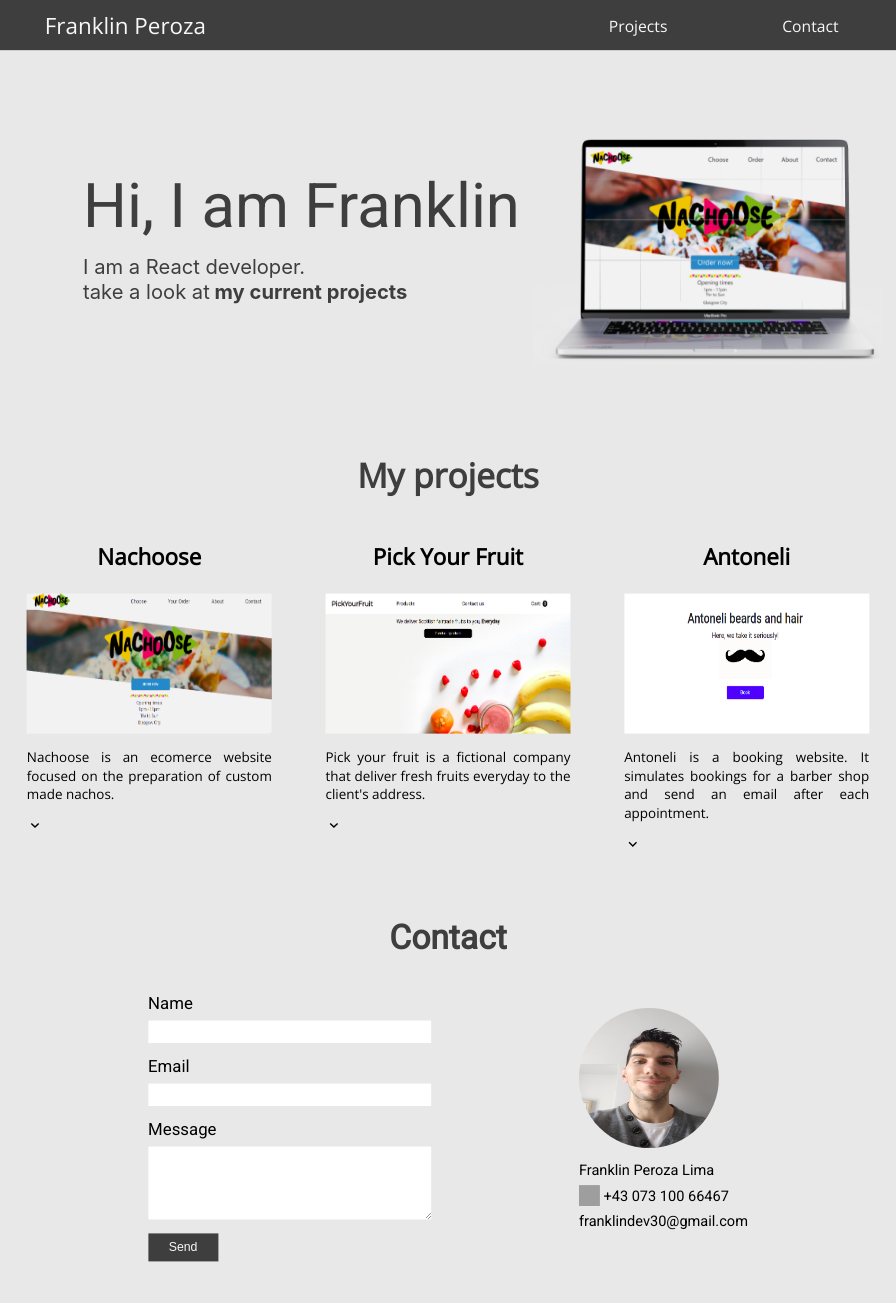
Repository: franklinpl/portfolio
Page: /
The author's editor kept a copy of each file at every save. The page is drawn from the files as they stood at one save, then again after the next save.
The browser window is 1280 px wide. The pictures show the whole page, at 70% of full size.
Pictures or frames that could not be fetched are drawn as grey boxes. The project was rebuilt for these pictures with package versions that can differ from the ones it lists, and the page was loaded fresh each time.

Above is the page before, as saved 2022-09-26 22:11:37.

### public/index.html
<!DOCTYPE html>
<html lang="en">
  <head>
    <meta charset="utf-8" />
    <link rel="icon" href="%PUBLIC_URL%/favicon.ico" />
    <meta name="viewport" content="width=device-width, initial-scale=1" />
    <link rel="preconnect" href="https://fonts.googleapis.com">
<link rel="preconnect" href="https://fonts.gstatic.com" crossorigin>
<link href="https://fonts.googleapis.com/css2?family=Open+Sans&family=Roboto&family=Ubuntu:ital@1&display=swap" rel="stylesheet">
<link href="https://fonts.googleapis.com/icon?family=Material+Icons"
      rel="stylesheet">
    <meta name="theme-color" content="#000000" />
    <meta
      name="description"
      content="Web site created using create-react-app"
    />
    <link rel="apple-touch-icon" href="%PUBLIC_URL%/logo192.png" />
    <link rel="preconnect" href="https://fonts.gstatic.com">
    <link rel="preconnect" href="https://fonts.gstatic.com">
    <link href="https://fonts.googleapis.com/css2?family=Montserrat&family=Open+Sans&display=swap" rel="stylesheet">
    <link rel="manifest" href="%PUBLIC_URL%/manifest.json" />
    <link rel="preconnect" href="https://fonts.gstatic.com">
<link href="https://fonts.googleapis.com/css2?family=Libre+Baskerville&family=Source+Sans+Pro&display=swap" rel="stylesheet">

    <title>Franklin's portfolio</title>
  </head>
  <body>
    <noscript>You need to enable JavaScript to run this app.</noscript>
    <div id="root"></div>
    <!--
      This HTML file is a template.
      If you open it directly in the browser, you will see an empty page.

      You can add webfonts, meta tags, or analytics to this file.
      The build step will place the bundled scripts into the <body> tag.

      To begin the development, run `npm start` or `yarn start`.
      To create a production bundle, use `npm run build` or `yarn build`.
    -->
  </body>
</html>

### src/index.js
import React from 'react';
import ReactDOM from 'react-dom';
import './index.css';
import App from './App';
import reportWebVitals from './reportWebVitals';

ReactDOM.render(
    <React.StrictMode>
      <App />
    </React.StrictMode>
  ,
  document.getElementById('root')
);

reportWebVitals();

### src/App.js
import './App.css';

//components
import Homepage from './components/Homepage'
import Navbar from './components/Navbar'
import Projects from './components/Projects'
import Contact from './components/Contact'

function App() {
  return (
    <div className="App">
      <Navbar/>
      <Homepage/>
      <Projects/>
      <Contact/>
    </div>
  );
}

export default App;

### src/App.css
html{
    scroll-behavior: smooth;
}

.App{
    background-color: #e8e8e8;
    width:1300px;
    max-width:100%;
    height:auto
}

### src/components/Homepage.js
import './Homepage.css'
import pcPicture from '../pictures/pc-picture.png'

function Homepage(){

    return(
        <div className='homepage'>
            <div className='homepage-words'>
                <h1>Hi, I am Franklin</h1>
                <p style={{marginTop:-40}}>I am a React developer.</p>
                <p>take a look at
                    <a id='link' href='#my-projects'> my current projects</a>
                </p>
            </div>
            <div className='homepage-mockup'>
                <img src={pcPicture} alt='computer with nachoose project' id='mockup'/>
            </div>
            {/* <img id='franklin-picture' src={picture} alt='The developer'/> */}
        </div>
    )
}

export default Homepage

### src/components/Navbar.js
import './Navbar.css'

function Navbar(){
    return(
        <div className='navbar'>

            <div className='navbar-logo'>
                <h1 id='navbar-logo'>Franklin Peroza</h1>
            </div>

            <div className='navbar-components'>
                <a href='#my-projects'>
                    <p id='navbar-projects'>Projects</p>
                </a>
                <a href='#contact'>
                    <p id='navbar-contact'>Contact</p>
                </a>
            </div>

        </div>
    )
}

export default Navbar

### src/components/Projects.js
import './Projects.css'
import pickyourfruitpicture from './pickyourfruit.png'
import nachoose from '../pictures/nachoose.png'
import antoneli from '../pictures/antoneli.png'
import {useState} from 'react'
import expandMore from '../pictures/expandMore.svg'
import expandLess from '../pictures/expandLess.svg'

function Projects(){

    const [expandpyf, setExpandPyf] = useState(false)
    const [expandNachoose, setExpandNachoose] = useState(false)
    const [expandAntoneli, setExpandAntoneli] = useState(false)

    return(
        <div className='projects'>
            <h1 id='my-projects'>My projects</h1>

            <div className='paralel-universe'>

            <div>
                    <a href='http://nachoose.netlify.app' target='_blank' rel='noreferrer'>
                        <h3 id='div-text'>Nachoose</h3>
                        <img src={nachoose} id='image' alt='nachoose project'/>
                    </a>

                    <p id='retracted-text'>Nachoose is an ecomerce website focused on the preparation of
                        custom made nachos.</p>

                    {expandNachoose ?
                        <p id='retracted-text'>The complexity of the project lays on
                        each step of the preparation being a component sending information to the
                        redux store. The information is then used at the summary and orders page.
                            <img alt='icon' id='project-icon'  src={expandLess} onClick={()=>setExpandNachoose(false)} ></img>
                        </p>
                :
                <img id='project-icon' alt='icon' src={expandMore} onClick={()=>setExpandNachoose(true)} ></img>
                }

                </div>

                <div>
                    <a href='http://pickyourfruit.netlify.app' target='_blank' rel='noreferrer'>
                        <h3 id='div-text'>Pick Your Fruit</h3>
                        <img src={pickyourfruitpicture} id='image' alt='pickyourfruit project'/>
                    </a>

                    <p id='retracted-text'>Pick your fruit is a fictional company that
                        deliver fresh fruits everyday
                        to the client's address.
                    </p>

                    { expandpyf ?
                    <p id='retracted-text'>
                        As other ecomerce websites, it
                        uses complex logic for adding, sorting and removing products
                        from cart. It was my first complete React/Redux project
                        <img alt='icon' id='project-icon' src={expandLess} onClick={()=>setExpandPyf(false)}></img>
                    </p>
                    :
                    <img alt='icon' id='project-icon' src={expandMore} onClick={()=>setExpandPyf(true)} ></img>
                    }
                </div>

                <div>
                    <a href='http://antoneli.netlify.app' target='_blank' rel='noreferrer'>
                        <h3 id='div-text'>Antoneli</h3>
                        <img src={antoneli} id='image' alt='antoneli project'/>
                    </a>

                    <p id='retracted-text'>Antoneli is a booking website. It simulates bookings
                        for a barber shop and send an email after each appointment.</p>

                    {expandAntoneli ?
                        <p id='retracted-text'>
                            Even though the the idea is simple, it uses complex logic
                            to search for previous appointments, lock the appointment date
                            and set new bookings. besides the usual Redux and React Router,
                            I used Reactstrap for some of the design implementations.
                                <img alt='icon' id='project-icon' src={expandLess} onClick={()=>setExpandAntoneli(false)} ></img>
                        </p>
                    :
                        <img alt='icon' id='project-icon' src={expandMore} onClick={()=>setExpandAntoneli(true)}/>
                    }
                </div>
            </div>
        </div>
    )
}

export default Projects

### src/components/Contact.js
import './Contact.css'
import {useState} from 'react'
import * as emailjs from 'emailjs-com'
import franklinTransparent from '../pictures/franklin_foto2.jpeg'

function Contact(){

    const [name, setName] = useState('')
    const [email, setEmail] = useState('')
    const [message, setMessage] = useState('')
    const [emailSent, setEmailSent] = useState(false)
    const [loading, setLoading] = useState(false)

    const submitForm = (e) => {
        e.preventDefault()
        setLoading(true)
        let template_params = {
            name: name,
            email: email,
            message: message
        }
        emailjs.sendForm('gmail', 'template_jit7267',e.target,'user_ei2HwlX5HUA6Vb2BoNWPR', template_params).then((result) => {
            setEmailSent(true)
            console.log(result)
            setName('')
            setEmail('')
            setMessage('')
            setLoading(false)
        }, (error) => {
            console.log(error)
        })

    }

    return(
        <div className='contact'>
            <h1 id='contact'>Contact</h1>
            <div className='form-and-info'>
                <form onSubmit={submitForm}>
                    {emailSent ? <h3 id='email-sent'>Email sent successfully</h3> : ''}
                    <div className='name'>
                        <label htmlFor='name'>Name</label>
                        <input type='text' name='name' id='name' required
                        onChange={(e) => setName(e.target.value)} value={name}/>
                    </div>
                    <div className='email'>
                        <label htmlFor='email'>Email</label>
                        <input type='email' name='email' id='email' required
                        onChange={(e) => setEmail(e.target.value)} value={email}/>
                    </div>
                    <div className='message'>
                        <label htmlFor='message'>Message</label>
                        <textarea name='message' id='message' required
                        onChange={(e) => setMessage(e.target.value)} value={message}/>
                    </div>
                    <button id='contact-button'>{loading ? 'Sending...' : 'Send'}</button>
                </form>

                <div className='picture-and-info'>
                    <img src={franklinTransparent} alt='developer' id='franklin-picture'/>
                    <p>Franklin Peroza Lima</p>
                    <div className='phone'>
                        <img src='https://img.icons8.com/ios/452/apple-phone.png'/>
                        <p style={{marginLeft:5}}>+43 073 100 66467</p>
                    </div>
                    <p>franklindev30@gmail.com</p>
                </div>

            </div>
        </div>
    )
}

export default Contact

### src/components/Homepage.css
.homepage{
    width:1300px;
    max-width:100%;
    height:auto;
    display:flex;
    justify-content: space-evenly;
    background-color:#e8e8e8;
}

.homepage-words{
    margin: 120px 0px 0px 100px;
}

.homepage-words h1{
    font-size:5.5rem;
    color:#3e3e3e;
    margin-top:50px;
    font-family: 'Roboto', sans-serif;
    font-weight: 200;
}

.homepage-words p, .homepage-words p a{
    font-size:1.8rem;
    color: #3e3e3e;
    margin:0px;
    text-decoration: none;
}

#franklin-picture{
    width:200px;
    height:200px;
    border-radius: 50%;
    margin-top:40px
}

#mockup{
    width:500px;
    margin-top:120px;
}

#link{
    font-weight: bold;
}

@media(max-width:1000px){
    #mockup{width:400px; margin-top:80px}
    .homepage-words h1{font-size:4rem}
    .homepage-words{margin:40px 0px 0px 100px}
}

@media(max-width:961px){
    .homepage{flex-direction: column; justify-content: center; align-items: center;}
    .homepage-words h1{font-size:5rem; margin-left:0px}
    .homepage-words{margin-left:0px}
}

@media(max-width:650px){
    .homepage-words h1{font-size:4.5rem}
}

@media(max-width:547px){
    .homepage-words h1{font-size:3.5rem; margin-bottom:40px}
}

@media(max-width:435px){
    .homepage-words h1{font-size:3rem;}
    .homepage-words p, #link{font-size:1.5rem}
    #mockup{width:350px}
}

@media(max-width:365px){
    .homepage-words h1{font-size:2.5rem;margin-bottom: 60px;}
    .homepage-words p, #link{font-size:1.3rem}
    #mockup{width:350px}
}

### src/components/Navbar.css
.navbar{
    width:1300px;
    max-width: 100%;
    display:flex;
    align-items: center;
    background-color: #3e3e3e;
    height:10vh
}

.navbar-logo, .navbar-logo a{
    display: flex;
    flex:0.8;
    text-decoration: none;
}

.navbar-logo h1{
    margin-left:4rem;
    color:rgba(0, 0, 0, 0.925);
    font-family: 'Open Sans', sans-serif;
    color:#f8f8f8;
    font-weight: 400;
}

.navbar-components{
    display:flex;
    justify-content: space-around;
    flex:0.5
}

.navbar-components p, .navbar-components a{
    font-family: 'Roboto';
    font-size: 1.4rem;
    font-family: 'Open Sans', sans-serif;
    color:#f8f8f8;
    text-decoration: none;
}

@media(max-width:650px){
    .navbar-logo h1{margin-left:2rem}
}

@media(max-width:547px){
    .navbar-logo h1{font-size: 1.8rem;}
    .navbar-components p{font-size:1.2rem}
}

@media(max-width:465px){
    .navbar-logo h1{margin-left:1rem; font-size:1.5rem}
    .navbar-components p{font-size: 1.1rem;}
}

@media(max-width:365px){
    .navbar-logo h1{margin-left:0.5rem; font-size:1.4rem}
    .navbar-components p{font-size: 1rem}
    .navbar-logo{flex:0.6}
}

### src/components/Projects.css
.projects{
    width:1300px;
    max-width:100%;
    height:auto;
    display:flex;
    flex-direction: column;
    font-family: 'Open Sans', sans-serif;
}

.projects h1{
    font-size:3rem;
    margin:120px 0px 0px 0px;
    align-self: center;
    color:#3e3e3e
}

.paralel-universe{
    display:grid;
    grid-template-columns: repeat(3, 1fr);
    justify-items: center;
    width:1300px;
    max-width:100%
}

.paralel-universe div a{
    margin-top:30px;
    display:flex;
    flex-direction: column;
    align-items: center;
    transition: filter 0.5s;
    text-decoration: none;
    color:black;
    width:350px;
    height:auto
}

.paralel-universe div:hover{
    filter:brightness(50%);
}

.paralel-universe div p{
    font-size: 1.2rem;
    text-align: justify;
}

#div-text{
    top:100px;
    font-size:2rem
}

#image{
    width:350px;
    height:200px;
    align-self: center;
    justify-self: center;
}

#retracted-text{
    width:350px
}

#project-icon{
    cursor:pointer;
    display:block
}

@media (max-width:1120px){
    #image{width:300px; height:175px}
    #retracted-text{width:300px}
    .paralel-universe div a{width:300px}
}

@media(max-width:1000px){
    .projects h1{font-size: 2.5rem; width:17rem}
}

@media(max-width:961px){
    .paralel-universe{grid-template-columns: repeat(1, 1fr);}
    #image{width: 600px; height:auto; margin:0px}
    #retracted-text{width:600px}
    .paralel-universe div a{width:600px}
    .projects h1{text-align: center;}
}

@media(max-width:650px){
    .projects h1{font-size:2.2rem}
    #div-text{font-size:1.8rem}
    #image, .paralel-universe div a{width: 500px;}
    #retracted-text{width:500px}
}

@media(max-width:547px){
    .projects h1{font-size:2rem}
    #image, .paralel-universe div a{width: 400px;}
    #retracted-text{width:400px}
}

@media(max-width:435px){
    .projects h1{font-size:2rem; margin-bottom: -10px;}
    #image, .paralel-universe div a{width: 300px;}
    #retracted-text{width:300px}
    #retracted-text{width: 300px;}
    #div-text{font-size:1.6rem}
    .paralel-universe div p{font-size:1.1rem}
}

### src/components/Contact.css
.contact{
    width:1300px;
    max-width: 100%;
    height:auto;
    font-family: 'Roboto';
    padding:60px 0px 60px 0px
}

.form-and-info{
    display:flex;
    justify-content: space-evenly;
}

#contact{
    font-size:3rem;
    align-self: center;
    color:#3e3e3e;
    text-align: center;
}

form div{
    display:flex;
    flex-direction: column;
    margin-top:20px
}

form div label{
    font-size:1.5rem;
    margin-bottom: 10px;
}

form div input{
    width:400px;
    height:30px;
    font-size: 1.2rem;
    border:none;
}

#contact-button{
    background-color: #3e3e3e;
    color:#f8f8f8;
    border:none;
    width:100px;
    height:40px;
    margin-top:20px;
    cursor: pointer;
    font-size: 1.1rem;
}

.phone{
    display:flex;
    align-items: center;
    margin:-30px 0px -30px 0px
}

.picture-and-info{
    display:flex;
    flex-direction: column;
    font-size:1.3rem
}

.phone img{
    width:30px;
    height:30px
}

#contact-button:hover{
    background-color: #8e8e8e;
}

#message{
    height:100px;
    font-size: 1.2rem;
    font-family:'Roboto';
    border:none
}

#email-sent{
    color:green;
    font-size:2rem
}

#franklin-picture{
    width:200px
}

@media(max-width:1000px){
    #contact{font-size: 2.5rem;}
}

@media(max-width:770px){
    .form-and-info{flex-direction: column-reverse; justify-content: center; align-items: center;}
    #franklin-picture{align-self: center; margin-top:0px}
}

@media(max-width:650px){
    #contact{font-size: 2.2rem;}
}

@media(max-width:547px){
    #contact{font-size: 2rem;}
}

@media(max-width:435px){
    #contact{margin-top:60px}
    form div input{width:300px; height:25px}
}

Loaded but not shown: src/index.css (common file); src/reportWebVitals.js (common file)

After the next save:
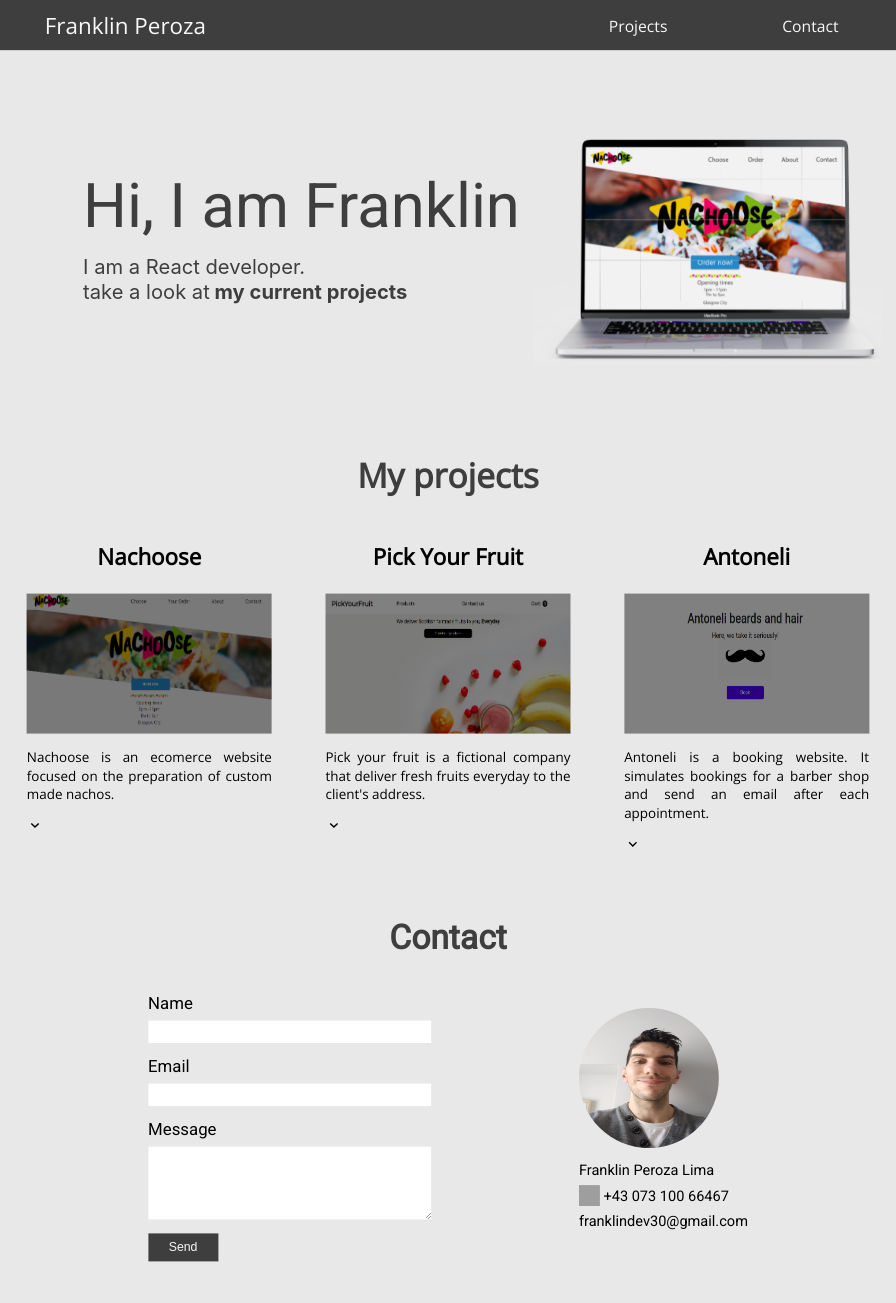
Saved 2 days later.
--- a/src/components/Projects.css
+++ b/src/components/Projects.css
@@ -34,7 +34,7 @@
     height:auto
 }
 
-.paralel-universe div:hover{
+#image{
     filter:brightness(50%);
 }
 

After the save that followed:
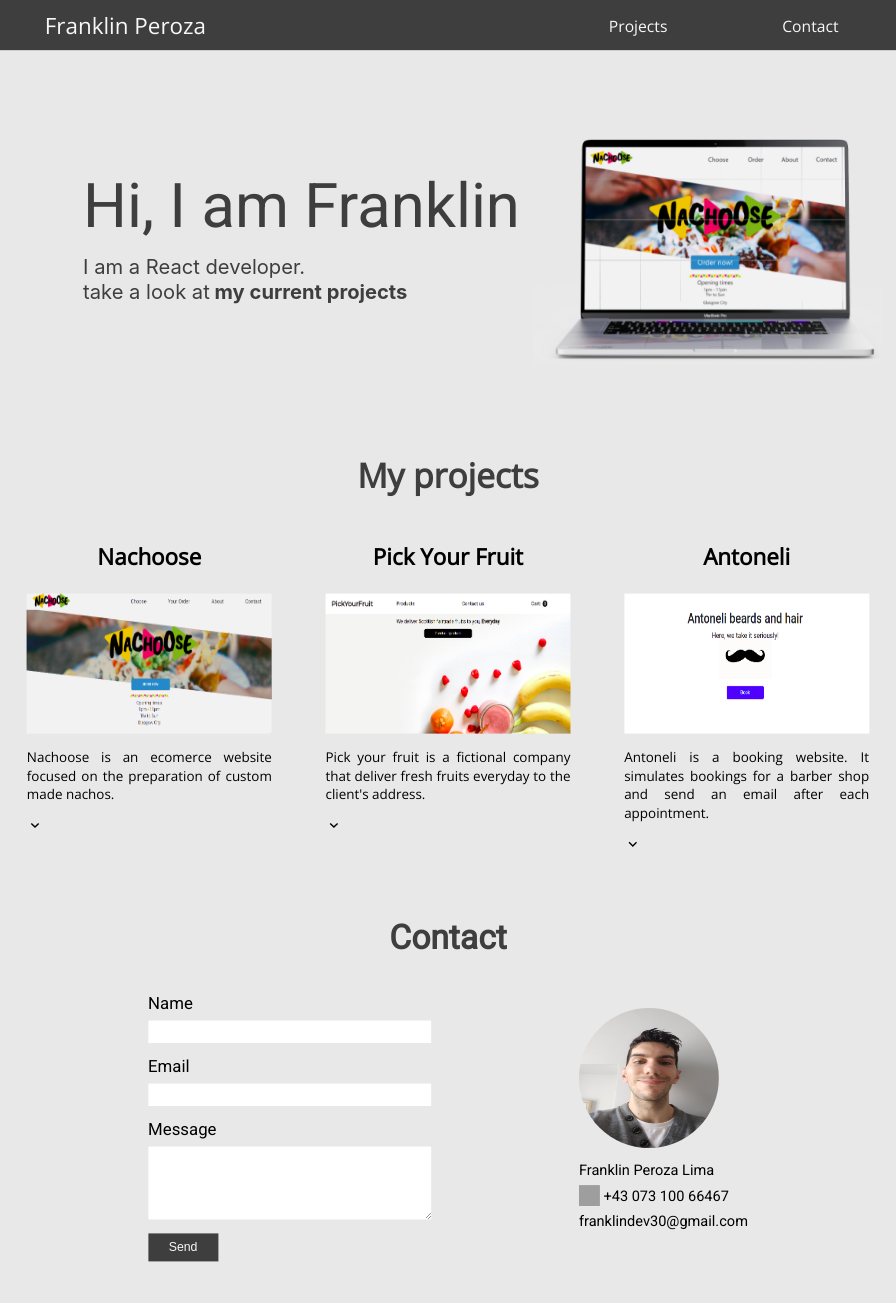
Saved 13 s later.
--- a/src/components/Projects.css
+++ b/src/components/Projects.css
@@ -34,7 +34,7 @@
     height:auto
 }
 
-#image{
+#image:hover{
     filter:brightness(50%);
 }
 
